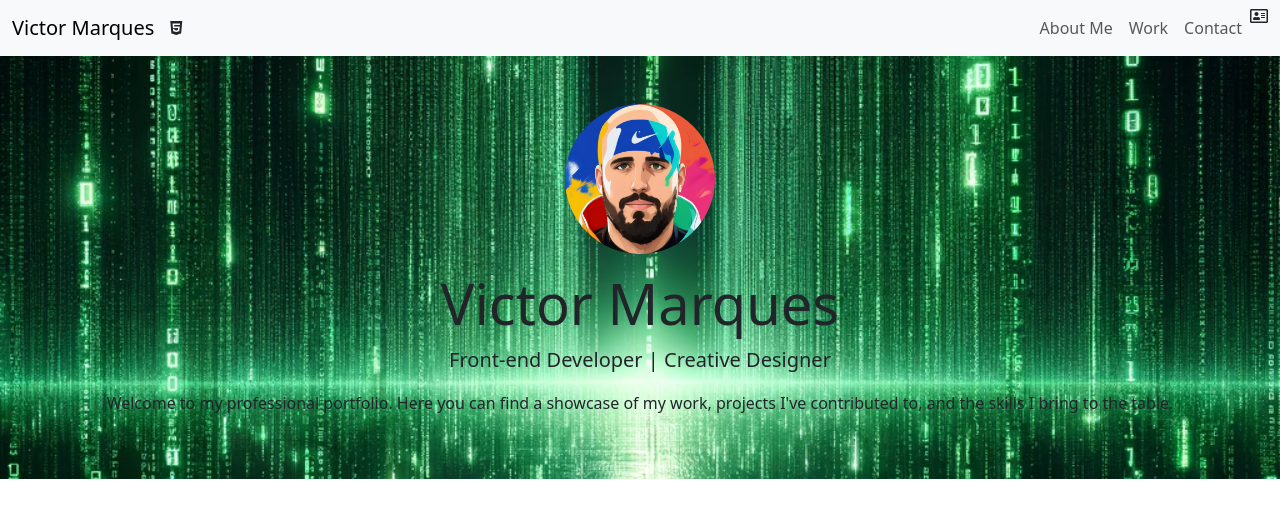
Repository: uvee35/Bootstrap-Portfolio
Page: index.html
These files come from the project's save history. The page is drawn as it stood at one moment and after the next save; the edit follows.
The browser window is 1280 px wide. The pictures show the whole page.

Above is the page before, as saved 2023-12-16 23:49:58.

After the next save:
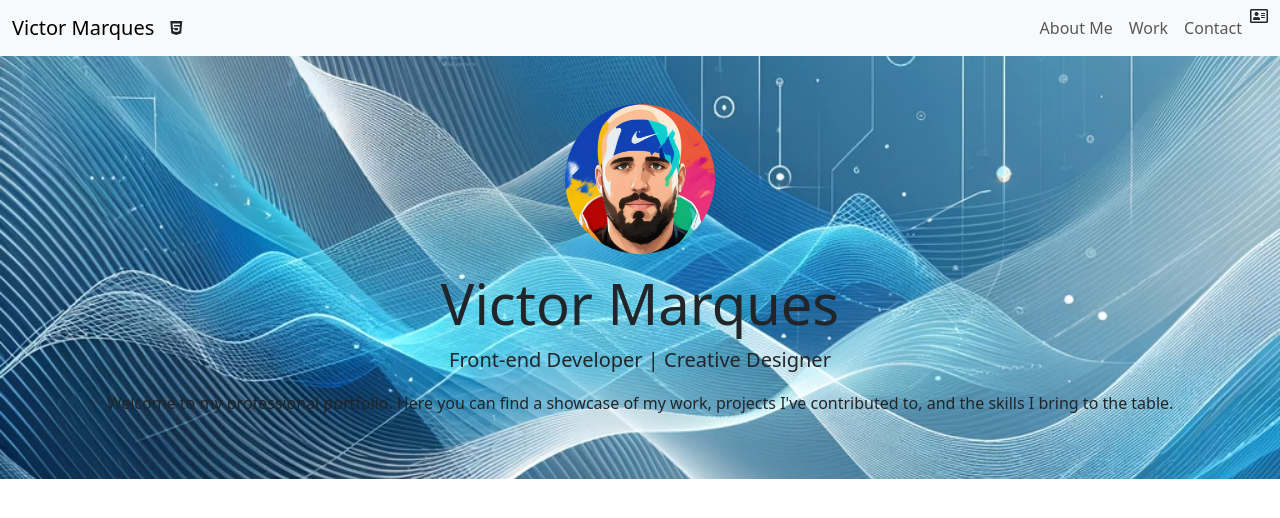
Saved 15 min 14 s later.
--- a/css/style.css
+++ b/css/style.css
@@ -1,5 +1,5 @@
 .hero-section {
-    background-image: url('./images/background.webp');
+    background-image: url('./images/background.png');
     background-size: cover;
     background-position: center;
   }
